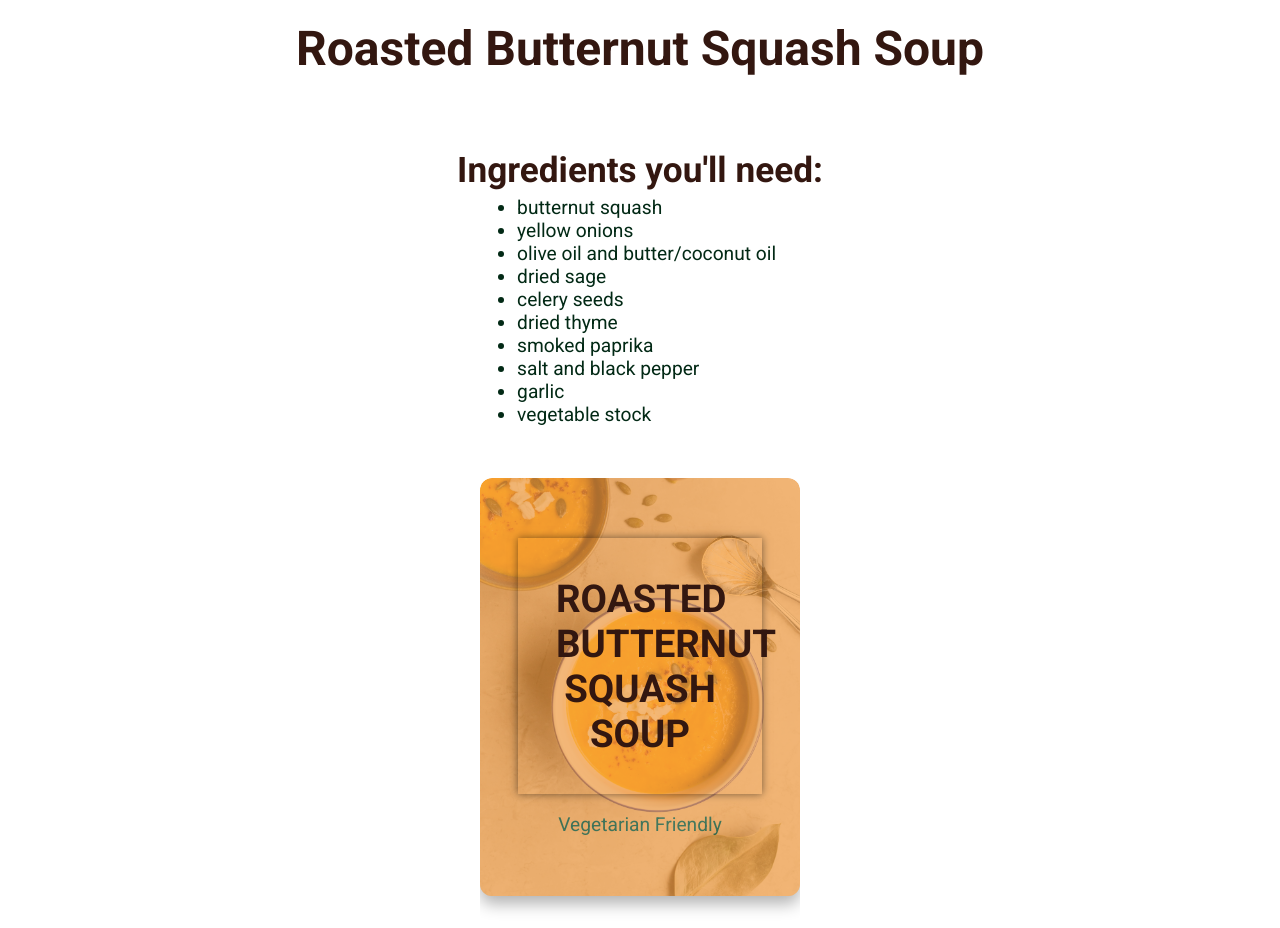
Repository: IDMX225/css-card-flip-LyssaMA
Page: src/index.html
The author's editor kept a copy of each file at every save. The page is drawn from the files as they stood at one save, then again after the next save.
The browser window is 1280 px wide. The pictures show the whole page.
The style sheet was rebuilt from its Sass, Less or Tailwind sources for each picture, by a compiler version that may differ from the author's.

Above is the page before, as saved 2024-11-12 21:51:36.
Not found: src/js/index.js

### src/index.html
<!DOCTYPE html>
<html lang="en">

<head>
  <meta charset="UTF-8">
  <meta name="viewport" content="width=device-width, initial-scale=1.0">
  <meta name="description" content="A modern CSS page">
  <meta name="generator" content="Eleventy v1.2">
  <title>Recipe</title>
  <link rel="shortcut icon" href="images/squash.png" type="image/png">
  <link rel="stylesheet" href="css/main.css">
</head>

<body>
  <!-- Title above the card -->
  <div class="title-above-card">Roasted Butternut Squash Soup</div>

  <!-- Ingredients Section -->
  <div class="ingredients">
    <div class="ingredients-heading">Ingredients you'll need:</div>
    <ul class="ingredients-list">
      <li>butternut squash</li>
      <li>yellow onions</li>
      <li>olive oil and butter/coconut oil</li>
      <li>dried sage</li>
      <li>celery seeds</li>
      <li>dried thyme</li>
      <li>smoked paprika</li>
      <li>salt and black pepper</li>
      <li>garlic</li>
      <li>vegetable stock</li>
    </ul>
  </div>

  <!-- The Card with the Recipe Title inside -->
  <div class="card">
    <div class="card__content">
      <div class="card__front">
        <!-- Image added to the front -->
        <img src="images/squashsoup.jpg" alt="Roasted Butternut Squash Soup" class="card__image">
        <h3 class="card__title">Roasted Butternut Squash Soup</h3>
        <p class="card__subtitle">Vegetarian Friendly</p>
      </div>

      <div class="card__back">
        <p class="card__body">To roast the squash, simply place the seasoned squash onto two large baking sheets lined
          with aluminum foil for easy cleanup. Roast in the oven for 45 minutes at 400°F.
          There's no need to flip over the squash halfway through roasting. Just let it go for 45 minutes and that's it!
          Enjoy!</p>
      </div>
    </div>
  </div>

  <script src="js/index.js"></script>
</body>

</html>

### src/sass/main.scss
/* Import Google Fonts */
@import url('https://fonts.googleapis.com/css2?family=Roboto:wght@400;700&display=swap');

:root {
  --level-three: translateZ(9rem);
  --fw-normal: 400;
  --fw-bold: 700;
  --clr: #f59e42; /* Squash Soup Orange */
  --clr-dark: #331710; /* Dark brown for the card back */
  --font-family: 'Roboto', sans-serif;
}

*,
*::before,
*::after {
  box-sizing: border-box;
  margin: 0;
}

body {
  font-family: var(--font-family);
  height: 100vh;
  display: grid;
  place-items: center;
  padding: 20px;
}

/* Title Above the Card */
.title-above-card {
  font-family: var(--font-family);
  font-size: 3rem;
  font-weight: var(--fw-bold);
  text-align: center;
  margin-bottom: 1.5em;
  color: #331710;
}

/* Ingredients Section */
.ingredients {
  text-align: center;
  margin-bottom: 2em;
}

.ingredients-heading {
  font-family: var(--font-family);
  font-size: 2.2rem;
  font-weight: var(--fw-bold);
  color: #331710;
  margin-bottom: 5px;
}

.ingredients-list {
  text-align: left;
  font-family: var(--font-family);
  font-size: 1.2rem;
  color: #022915; /* Dark green color */
  list-style-type: disc;
  margin-left: 20px;
}

/* Card Container */
.card {
  width: 320px;
  height: 450px;
  perspective: 1000px;
  border-radius: 12px;
  overflow: hidden;
  padding-bottom: 2em;
  display: flex;
  flex-direction: column;
  position: relative;
  margin-top: 20px;
}

/* Card Content */
.card__content {
  position: relative;
  width: 100%;
  height: 100%;
  transform-style: preserve-3d;
  transition: transform 0.6s;
}

.card:hover .card__content {
  transform: rotateY(180deg);
}

/* Front and Back of the Card */
.card__front,
.card__back {
  position: absolute;
  top: 0;
  left: 0;
  right: 0;
  bottom: 0;
  backface-visibility: hidden;
  display: flex;
  justify-content: center;
  align-items: center;
  border-radius: 12px;
  box-sizing: border-box;
  width: 100%;
  height: 100%;
}

/* Front of the Card */
.card__front {
  background-color: var(--clr);
  color: #034d28;
  padding: 1.5em;
  border-radius: 12px;
  box-shadow: 0 8px 16px rgba(0, 0, 0, 0.3);
  position: relative; /* Make sure the front is positioned relative */
  display: flex;
  flex-direction: column;
  justify-content: center;
  align-items: center;
  text-align: center;
  z-index: 1;  /* Make sure the title and subtitle appear above the image */
  overflow: hidden;  /* Prevent text from overflowing the card */
}
/* Image on the Front of the Card */
.card__image {
  position: absolute; /* Position the image absolutely inside the card front */
  top: 0;
  left: 0;
  right: 0;
  bottom: 0;
  width: 100%;  /* Make sure the image covers the whole front */
  height: 100%;  /* Ensure it stretches across the full height of the card */
  object-fit: cover;  /* Make sure the image doesn't stretch or distort */
  opacity: 0.3;  /* Apply 70% transparency */
  z-index: 0;  /* Ensure the image stays behind the text */
  object-position: center;  /* Center the image in case it doesn't fit perfectly */
}

/* Title on Card Front */
.card__title {
  font-family: var(--font-family);
  font-size: 2.4rem; /* Larger title size */
  font-weight: var(--fw-bold);
  text-transform: uppercase;
  color: #331710;
  box-shadow: 0 0 8px rgba(0, 0, 0, 0.5);
  padding: 1em;
  text-align: center;
  position: relative;
  z-index: 2; /* Ensures title is on top of the image */
  width: 90%;
  box-sizing: border-box;
  margin-bottom: 0.5em;
}

/* Subtitle on Card */
.card__subtitle {
  font-family: var(--font-family);
  font-size: 1.2rem;
  font-weight: var(--fw-normal);
  text-align: center;
  margin-top: 0;
  width: 90%;
  box-sizing: border-box;
}

/* Image on Front of Card */
.card__image {
  position: absolute;
  top: 0;
  left: 0;
  right: 0;
  bottom: 0;
  object-fit: cover; /* Make sure the image covers the entire card */
  opacity: 0.3; /* 70% transparency */
  z-index: 0; /* Image behind the text */
  width: 100%;
  height: 100%;
  object-position: center; /* Center the image */
}

/* Back of the Card */
.card__back {
  background: var(--clr-dark);
  color: #f7d07d;
  transform: rotateY(180deg);
  border-radius: 12px;
  padding: 2em;
  box-sizing: border-box;
  justify-content: center;
  align-items: center;
  text-align: center;
  z-index: 1;
  overflow: hidden;
}

.card__body {
  font-family: var(--font-family);
  font-size: 1.25rem;
  line-height: 1.5;
  text-align: center;
  max-width: 90%;
  box-sizing: border-box;
  padding: 1em;
}

After the next save:
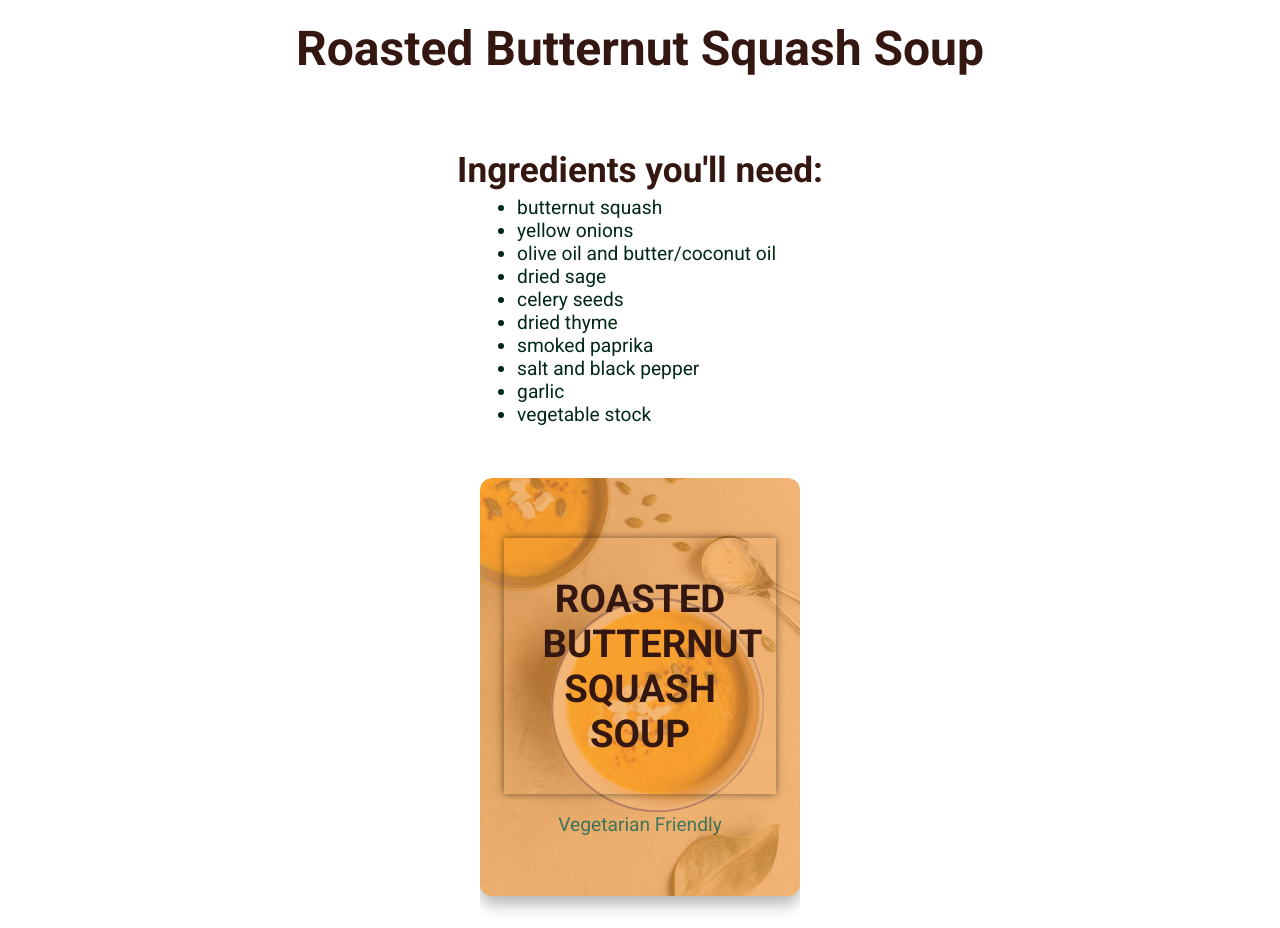
Saved 43 s later.
--- a/src/sass/main.scss
+++ b/src/sass/main.scss
@@ -119,6 +119,7 @@ body {
   z-index: 1;  /* Make sure the title and subtitle appear above the image */
   overflow: hidden;  /* Prevent text from overflowing the card */
 }
+
 /* Image on the Front of the Card */
 .card__image {
   position: absolute; /* Position the image absolutely inside the card front */
@@ -137,7 +138,7 @@ body {
 /* Title on Card Front */
 .card__title {
   font-family: var(--font-family);
-  font-size: 2.4rem; /* Larger title size */
+  font-size: 2.4rem;
   font-weight: var(--fw-bold);
   text-transform: uppercase;
   color: #331710;
@@ -145,8 +146,8 @@ body {
   padding: 1em;
   text-align: center;
   position: relative;
-  z-index: 2; /* Ensures title is on top of the image */
-  width: 90%;
+  z-index: 2;  /* Ensure that the title is above the image */
+  width: 100%; /* Ensure full width */
   box-sizing: border-box;
   margin-bottom: 0.5em;
 }
